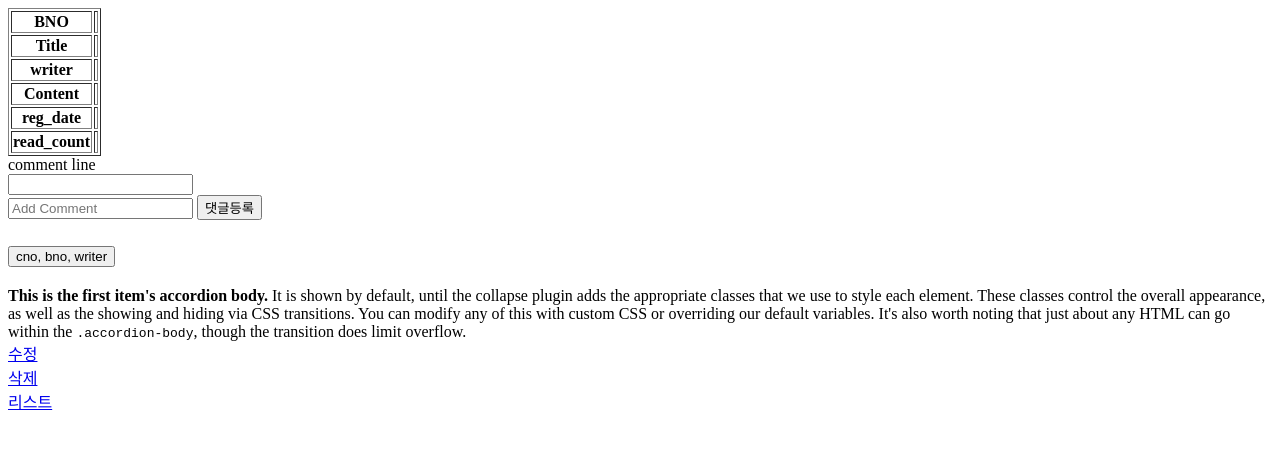
Repository: Kangji1/java2022_09_03
Page: http://localhost/project/board/detail.jsp
These files come from the project's save history. The page is drawn as it stood at one moment and after the next save; the edit follows.
The browser window is 1280 px wide. The pictures show the whole page.
The page is served by Tomcat 9. The template is opened directly, without the code that normally fills it, so the values that code supplies are empty.

Above is the page before, as saved 2022-12-05 04:17:20.

After the next save:
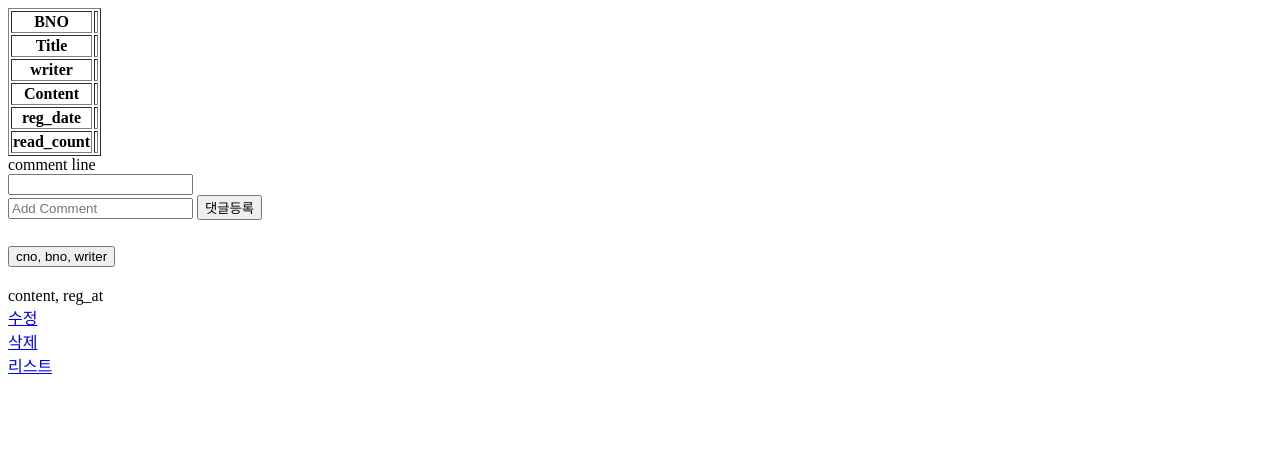
Saved 34 s later.
--- a/JSP_Member&Board/project/src/main/webapp/board/detail.jsp
+++ b/JSP_Member&Board/project/src/main/webapp/board/detail.jsp
@@ -52,7 +52,7 @@
     </h2>
     <div id="collapseOne" class="accordion-collapse collapse show" aria-labelledby="headingOne" data-bs-parent="#accordionExample">
       <div class="accordion-body">
-        <strong>This is the first item's accordion body.</strong> It is shown by default, until the collapse plugin adds the appropriate classes that we use to style each element. These classes control the overall appearance, as well as the showing and hiding via CSS transitions. You can modify any of this with custom CSS or overriding our default variables. It's also worth noting that just about any HTML can go within the <code>.accordion-body</code>, though the transition does limit overflow.
+   		content, reg_at
       </div>
     </div>
 </div>
